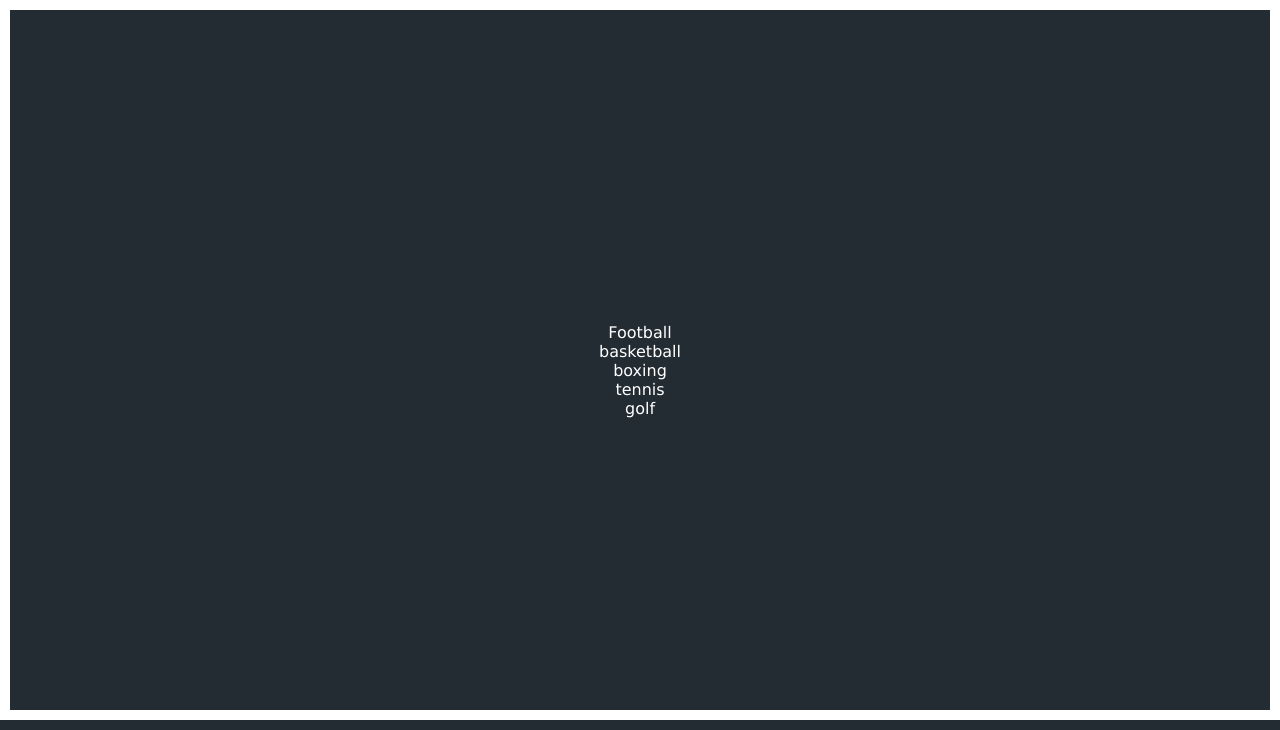
Repository: wakoya-tech/react-project
Page: Desktop/shaakala/aschu/index.html
An editor plug-in stored every save of this project. The page is shown before and after the next save, followed by the edit.
The browser window is 1280 px wide. The pictures show the whole page.

Above is the page before, as saved 2025-08-29 20:15:10.

### Desktop/shaakala/aschu/index.html
<!DOCTYPE html>
<html lang="en">
<head>
    <meta charset="UTF-8">
    <meta name="viewport" content="width=device-width, initial-scale=1.0">
    <title>Document</title>
</head>
<style>
    *{
        box-sizing: border-box;
        margin: 0;
        padding: 0;
    }
    body {
        background-color: rgb(35, 43, 51);
      border: 10px solid white;
      margin: 0;
      padding: 0;
      height: 100vh;
    }
    .container{
        font-family: Verdana, Geneva, Tahoma, sans-serif;
        color: white;
        background: none;
        align-content: center;
        text-align: center;
        justify-content: center;
        height: 100vh;
    }

</style>
<body>
    <div class="container">
        <ul class="lists">
            <li class="list-items">Football</li>
            <li class="list-items">basketball</li>
            <li class="list-items">boxing</li>
            <li class="list-items">tennis</li>
            <li class="list-items">golf</li>
        </ul>
    </div>
</body>
</html>

After the next save:
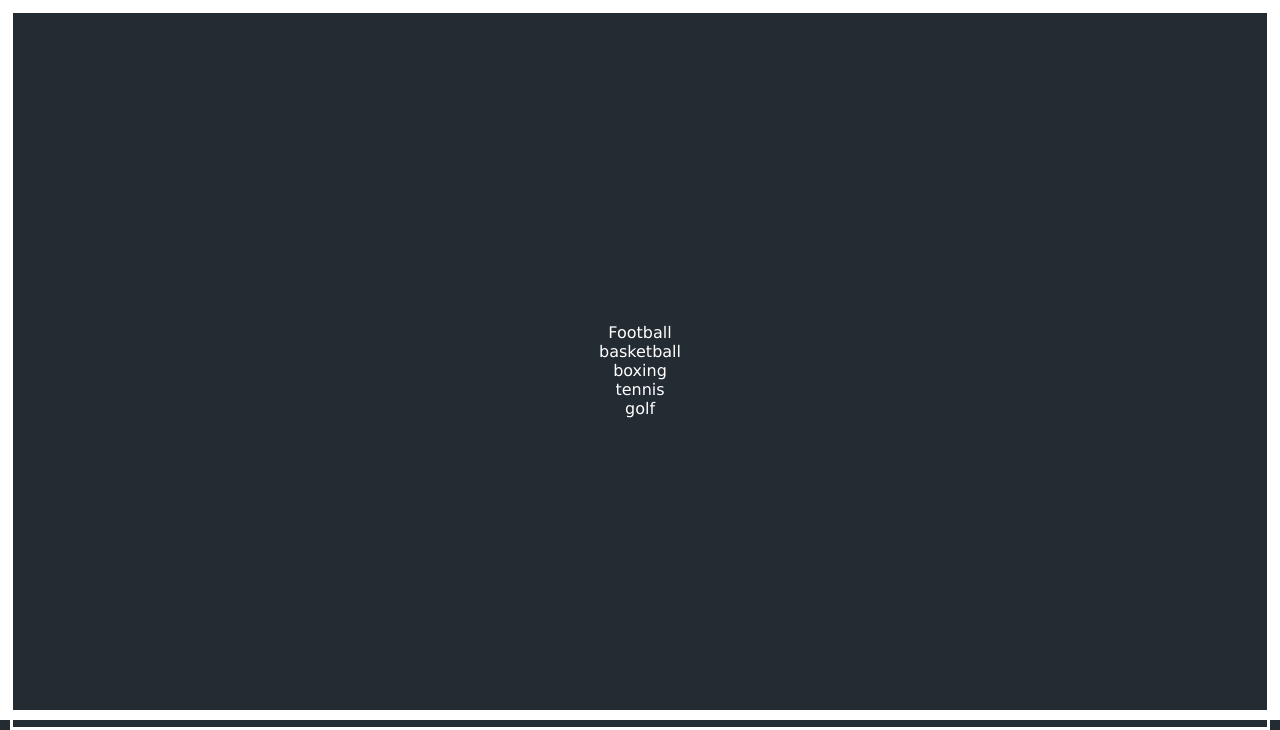
Saved 34 s later.
--- a/Desktop/shaakala/aschu/index.html
+++ b/Desktop/shaakala/aschu/index.html
@@ -26,6 +26,7 @@
         text-align: center;
         justify-content: center;
         height: 100vh;
+        border: 3px solid white;
     }
 
 </style>
